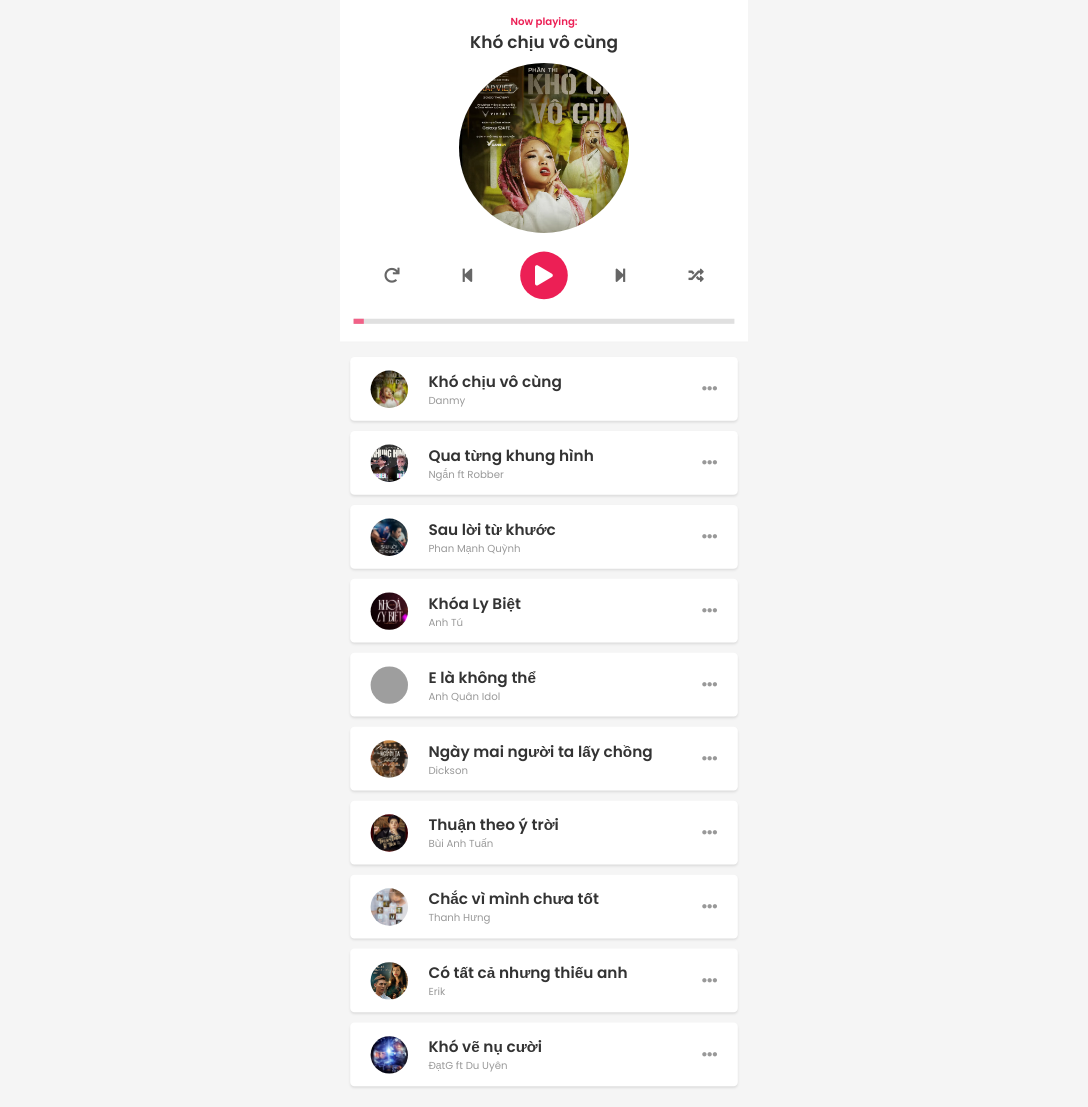
Repository: vothanhdiennn/music-player
Page: index.html
These files come from the project's save history. The page is drawn as it stood at one moment and after the next save; the edit follows.
The browser window is 1280 px wide. The pictures show the whole page, at 85% of full size.
Pictures or frames that could not be fetched are drawn as grey boxes.

Above is the page before, as saved 2024-12-05 16:56:31.

After the next save:
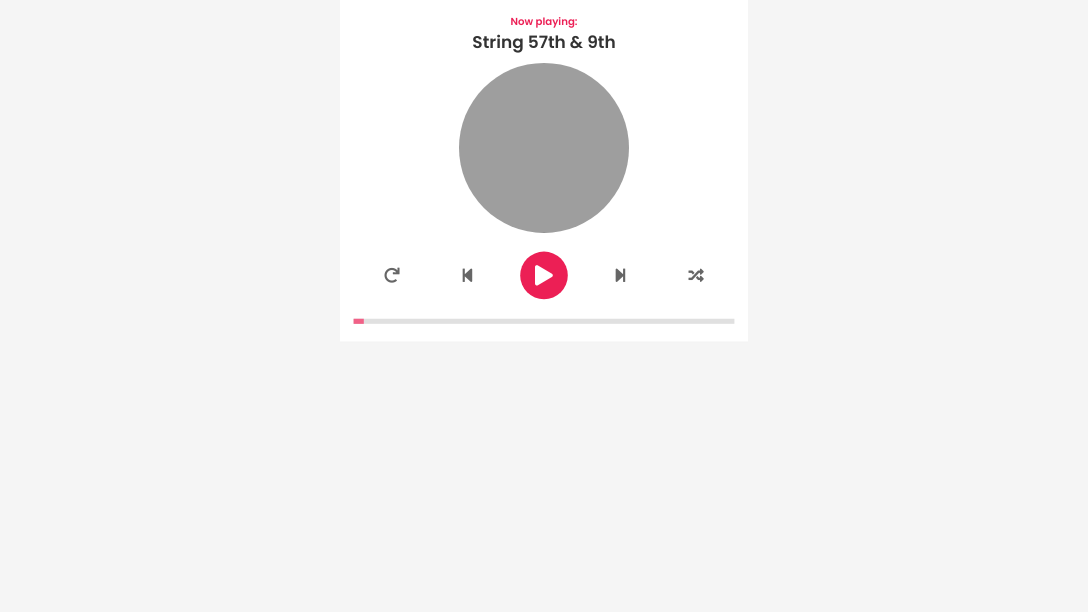
Console error: SyntaxError: Unexpected token ':'
Saved 51 s later.
--- a/assets/js/app.js
+++ b/assets/js/app.js
@@ -126,6 +126,9 @@
     const cdWidth = cd.offsetWidth;
 
     // rotate cd
+    cdThumb.animate([
+      transform: SpeechRecognitionAlternative(360deg)
+    ])
 
     // xử lý phóng to / thu nhỏ cd
     document.onscroll = function () {

After the 2 saves that followed:
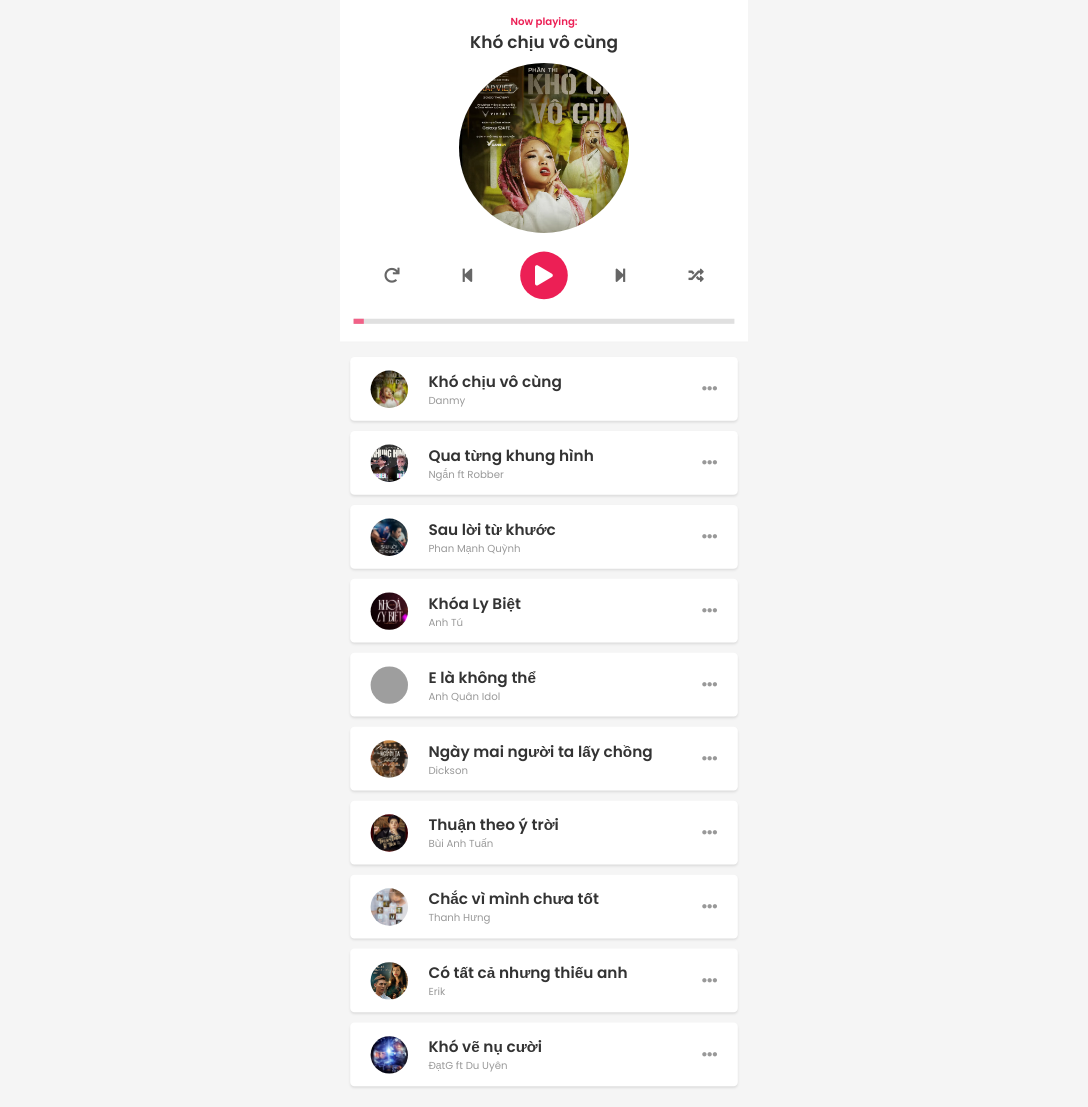
The error is gone.
The 2 saves are shown as one change because 1 left the picture as it was.
The last was saved 81 s later.
--- a/assets/js/app.js
+++ b/assets/js/app.js
@@ -126,9 +126,7 @@
     const cdWidth = cd.offsetWidth;
 
     // rotate cd
-    cdThumb.animate([
-      transform: SpeechRecognitionAlternative(360deg)
-    ])
+    cdThumb.animate([{ transform: "rotate(360deg)" }]);
 
     // xử lý phóng to / thu nhỏ cd
     document.onscroll = function () {
